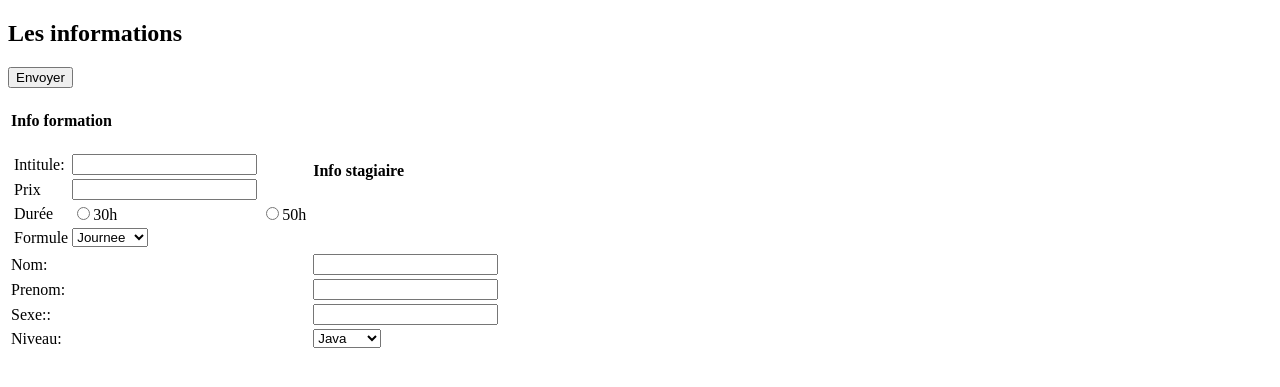
Repository: imouahrani/Gestion-des-stagiaires_JAVAEE
Page: http://localhost/TestProject/Formation.jsp
An editor plug-in stored every save of this project. The page is shown before and after the next save, followed by the edit.
The browser window is 1280 px wide. The pictures show the whole page.
The page is served by Tomcat 9. Other server files are loaded and not shown. The template is opened directly, without the code that normally fills it, so the values that code supplies are empty.

Above is the page before, as saved 2018-08-01 12:38:11.

### Formation Java Entreprise Edition/TestProject/WebContent/Formation.jsp
<%@ page language="java" contentType="text/html; charset=UTF-8"
	pageEncoding="UTF-8"%>
<!DOCTYPE html PUBLIC "-//W3C//DTD HTML 4.01 Transitional//EN" "http://www.w3.org/TR/html4/loose.dtd">
<html>
<head>
<meta http-equiv="Content-Type" content="text/html; charset=UTF-8">
<title>Insert title here</title>
</head>
<body>

	<b style="color: red"> <%
 	String message = (String) request.getAttribute("m");
 	if (message != null)
 		out.println(message);
 %>
	</b>
	<h2>Les informations</h2>

	<form action="TraiteFormation" method="post">
		<table>
			<tr>
				<td>
					<h4>Info formation</h4>

					<table>

						<tr>
							<td>Intitule:</td>
							<td><input type="text" name="intitule"></td>


						</tr>
                     <tr>
							<td>Prix</td>
							<td><input type="text" name="prix"></td>


						</tr>
						<tr>
							<td>Durée</td>
							<td><input type="radio" name="duree">30h</td>
					         <td><input type="radio" name="duree">50h</td>



						</tr>

						<tr>
							<td>Formule</td>
							<td>

							<select name = "formule">
							<option>Journee</option>
							<option>Soir</option>
							<option>weekend</option>






							</select>







							</td>


						</tr>






					</table>







				</td>



				<td>
					<h4>Info stagiaire</h4>


<tr>
							<td>Nom:</td>
							<td><input type="text" name="nom"></td>


						</tr>
<tr>
							<td>Prenom:</td>
							<td><input type="text" name="prenom"></td>


						</tr>

<tr>
							<td>Sexe::</td>
							<td><input type="text" name="sexe"></td>


						</tr>
<tr>
							<td>Niveau:</td>
							<td>

							<select name="f">
							<option>Java</option>
							<option>Python</option>
							<option>JavaEE</option>






							</select>







							</td>


						</tr>























<input type = "submit" value="Envoyer">




	</form>


</body>
</html>

After the next save:
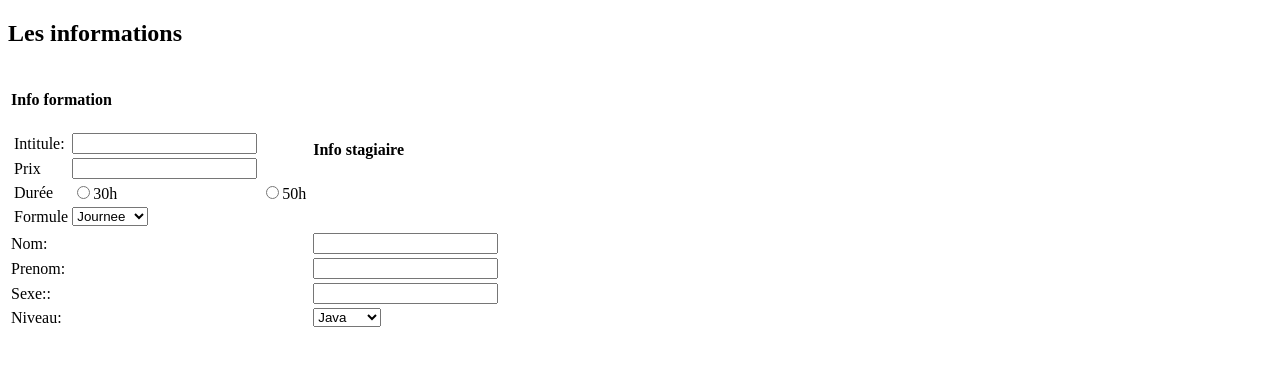
Saved 8 s later.
--- a/Formation Java Entreprise Edition/TestProject/WebContent/Formation.jsp
+++ b/Formation Java Entreprise Edition/TestProject/WebContent/Formation.jsp
@@ -161,10 +161,6 @@
 
 
 
-<input type = "submit" value="Envoyer">
-
-
-
 
 	</form>
 
